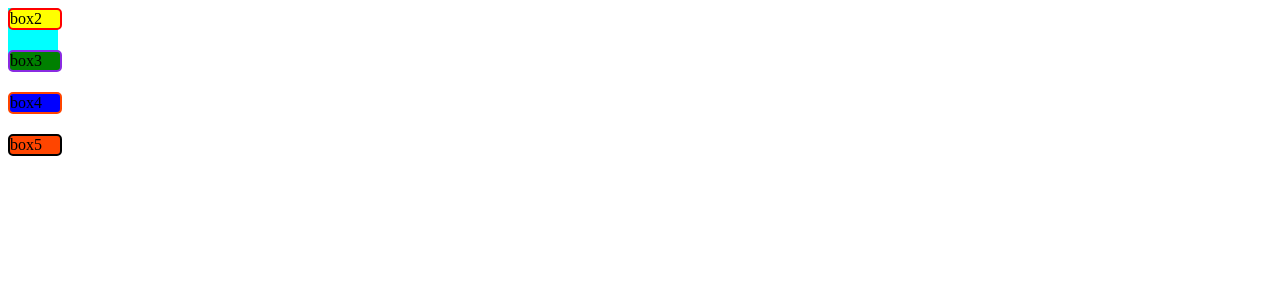
Repository: ABDUSALIMSUBAHIELBASHI/full-html-css-js
Page: Desktop/coding/css/indexday2.html
These files come from the project's save history. The page is drawn as it stood at one moment and after the next save; the edit follows.
The browser window is 1280 px wide. The pictures show the whole page.

Above is the page before, as saved 2025-09-16 10:53:14.

### Desktop/coding/css/indexday2.html
<!DOCTYPE html>
<html lang="en">

<head>
    <meta charset="UTF-8">
    <link rel="stylesheet" href="indexday2.css">

    <title>Document</title>
</head>
<body>
<div id="box" class="container">
    <div id="box" class="box2">box2</div>
    <div id="box" class="box3">box3</div>
    <div id="box" class="box4">box4</div>
    <div id="box" class="box5">box5</div>
</div>
</body>

</html>

### Desktop/coding/css/indexday2.css
.container{
    display: flex;
    flex-direction: column;
    gap: 20px;
    background-color: aqua;
    justify-content: space-evenly;
    justify-items: center;
}
#box{
    width: 50px;
    height: 50px;
}
.box2{
    background-color: yellow;
    width: 50px;
    height: 20px;
    border-radius: 5px;
    border: 2px solid red;
}
.box3{
 background-color:green;
    width: 50px;
    height: 20px;
    border-radius: 5px;
    border: 2px solid blueviolet;
}

.box4{
 background-color: blue;
    width: 50px;
    height: 20px;
    border-radius: 5px;
    border: 2px solid orangered;
}

.box5{
 background-color: orangered;
    width: 50px;
    height: 20px;
    border-radius: 5px;
    border: 2px solid black;
}

After the next save:
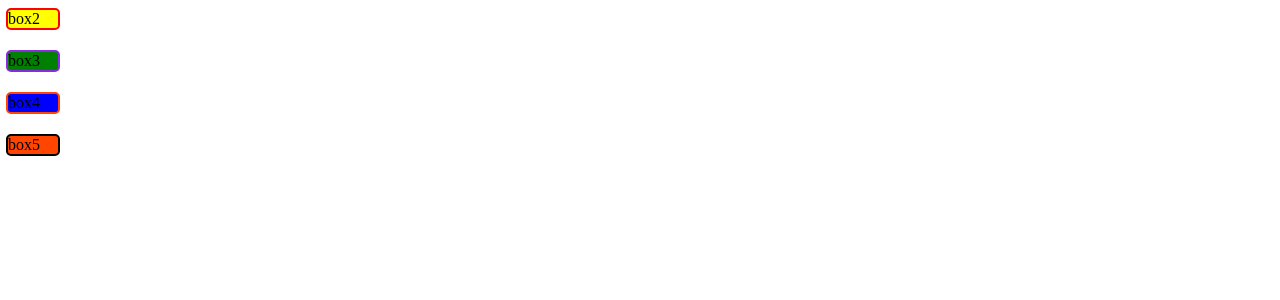
Saved 26 s later.
--- a/Desktop/coding/css/indexday2.css
+++ b/Desktop/coding/css/indexday2.css
@@ -2,9 +2,9 @@
     display: flex;
     flex-direction: column;
     gap: 20px;
-    background-color: aqua;
     justify-content: space-evenly;
     justify-items: center;
+    align-items: center;
 }
 #box{
     width: 50px;
